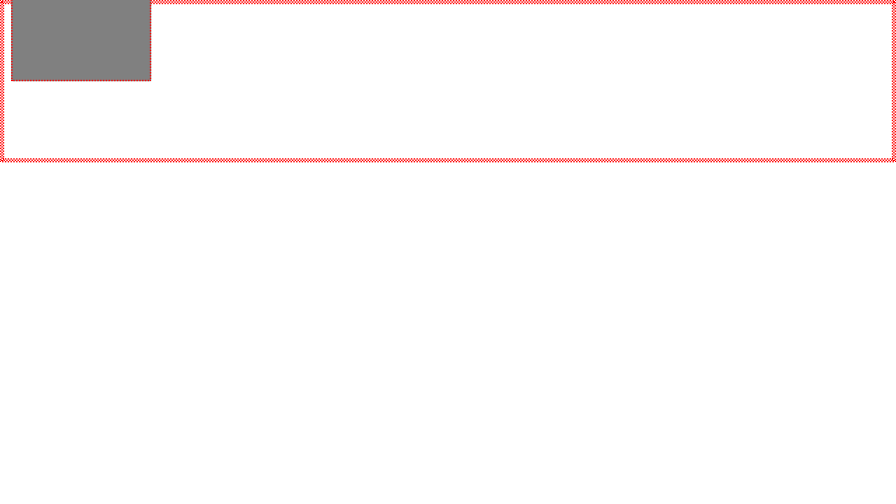
Repository: LavriaNeptune/css-basic
Page: position/top.html
An editor plug-in stored every save of this project. The page is shown before and after a run of saves, followed by the edit.
The browser window is 1280 px wide. The pictures show the part of the page from y = 0 to 1920 px (the page is 720 px tall before and 3004 px after), at 70% of full size.

Above is the page before, as saved 2022-08-19 20:05:35.

### position/top.html
<!DOCTYPE html>

<html>
  <head>
    <style>
      * {
        box-sizing: border-box;
        margin: 0;
        padding: 0;
        border: 2px dotted red;
      }
      #target {
        margin: 10px;
        padding: 10px;
        background-color: gray;
        width: 200px;
        height: 200px;

        position: relative;

        top: -100px;
      }
    </style>
  </head>
  <body>
    <div id="container">
      <div id="target"></div>
    </div>
  </body>
</html>

After the next 3 saves:
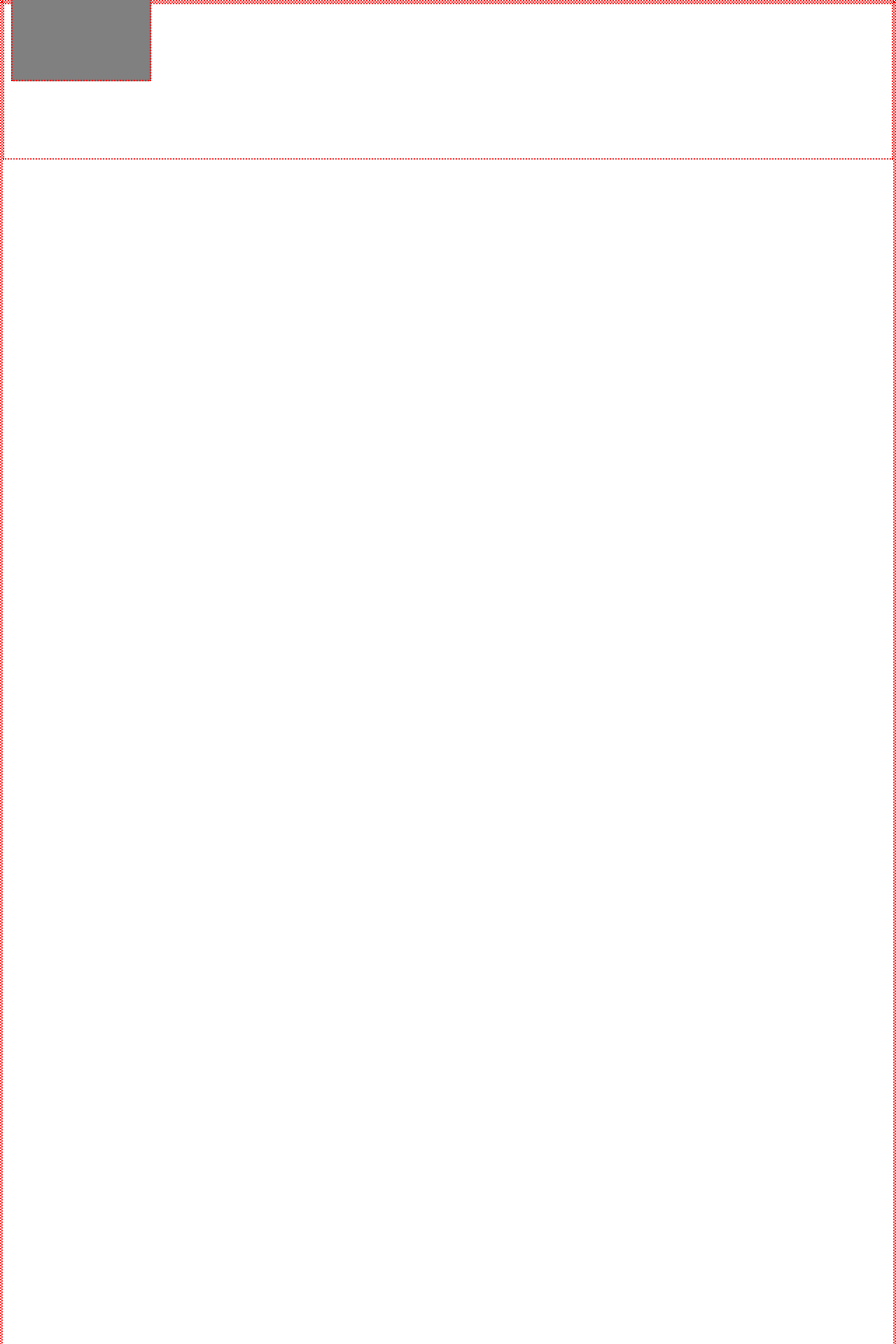
The 3 saves are shown as one change because they came seconds apart.
The last was saved 18 s later.
--- a/position/top.html
+++ b/position/top.html
@@ -3,6 +3,9 @@
 <html>
   <head>
     <style>
+      body {
+        height: 3000px;
+      }
       * {
         box-sizing: border-box;
         margin: 0;
